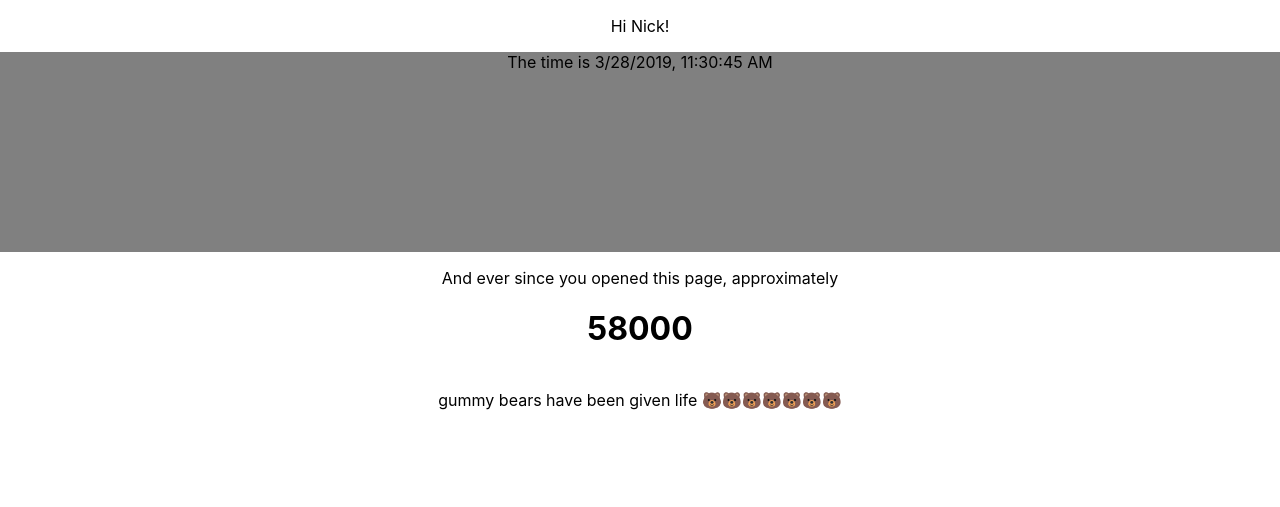
Repository: crispinonicky/gummy-facts
Page: /
The author's editor kept a copy of each file at every save. The page is drawn from the files as they stood at one save, then again after the next save.
The browser window is 1280 px wide. The pictures show the whole page.
The project was rebuilt for these pictures with package versions that can differ from the ones it lists, and the page was loaded fresh each time.

Above is the page before, as saved 2019-03-28 14:27:21.

After the next save:
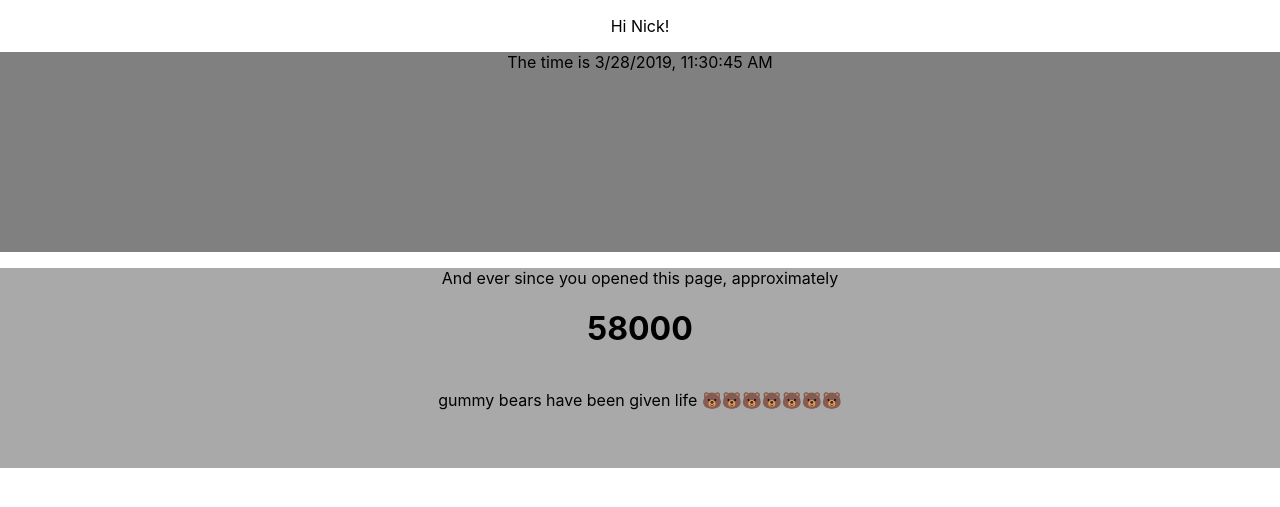
Saved 26 s later.
--- a/src/App.css
+++ b/src/App.css
@@ -7,3 +7,8 @@
   height: 200px;
   background: gray;
 }
+
+.Count {
+  height: 200px;
+  background: darkgrey;
+}
